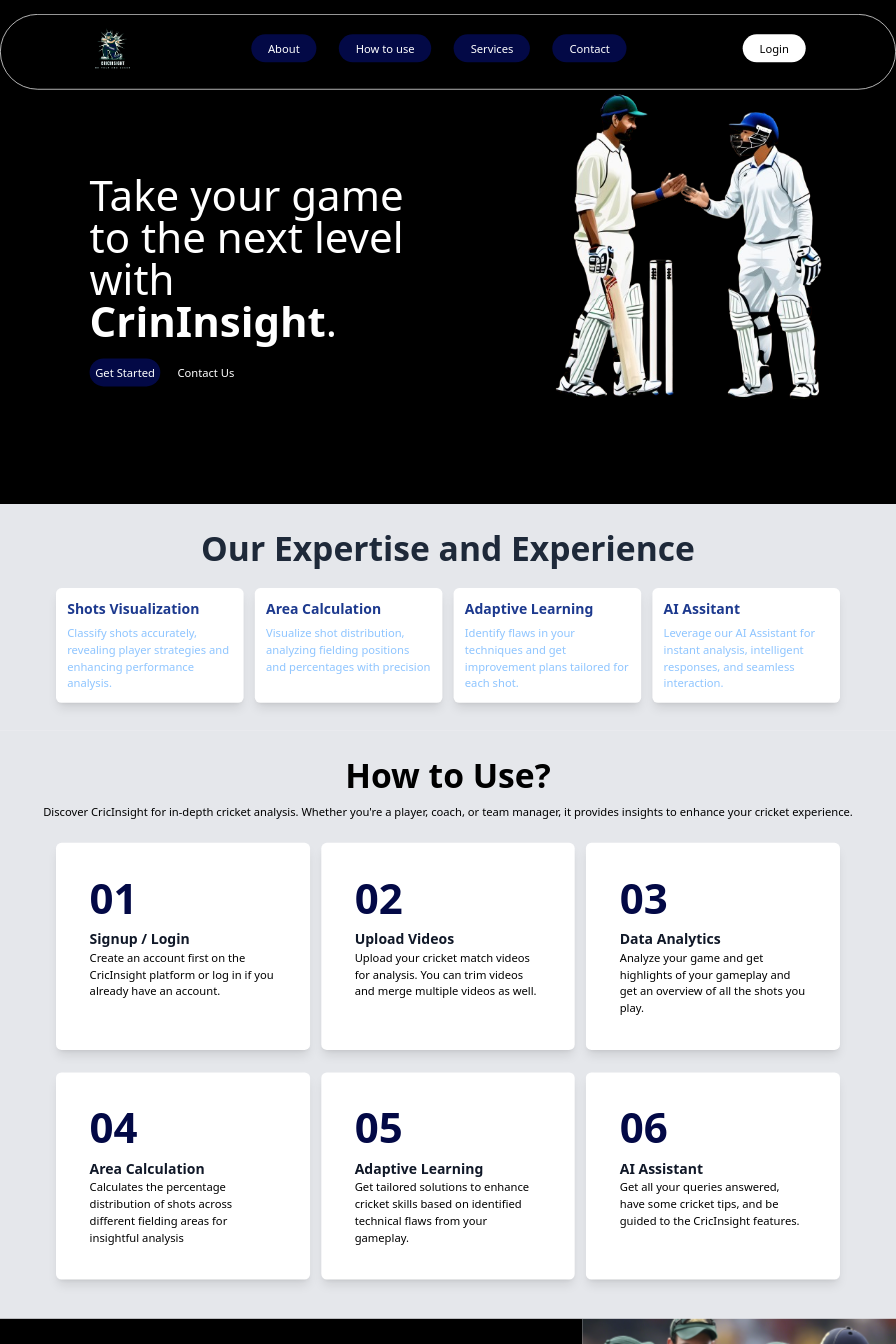
Repository: ahsanfawadaf/cricket
Page: /
The author's editor kept a copy of each file at every save. The page is drawn from the files as they stood at one save, then again after a run of saves.
The browser window is 1280 px wide. The pictures show the part of the page from y = 0 to 1920 px (the page is 4008 px tall), at 70% of full size.
The project was rebuilt for these pictures with package versions that can differ from the ones it lists, and the page was loaded fresh each time. Also part of the build but not shown: vite.config.js.

Above is the page before, as saved 2025-09-22 08:37:36.

After the next 6 saves:
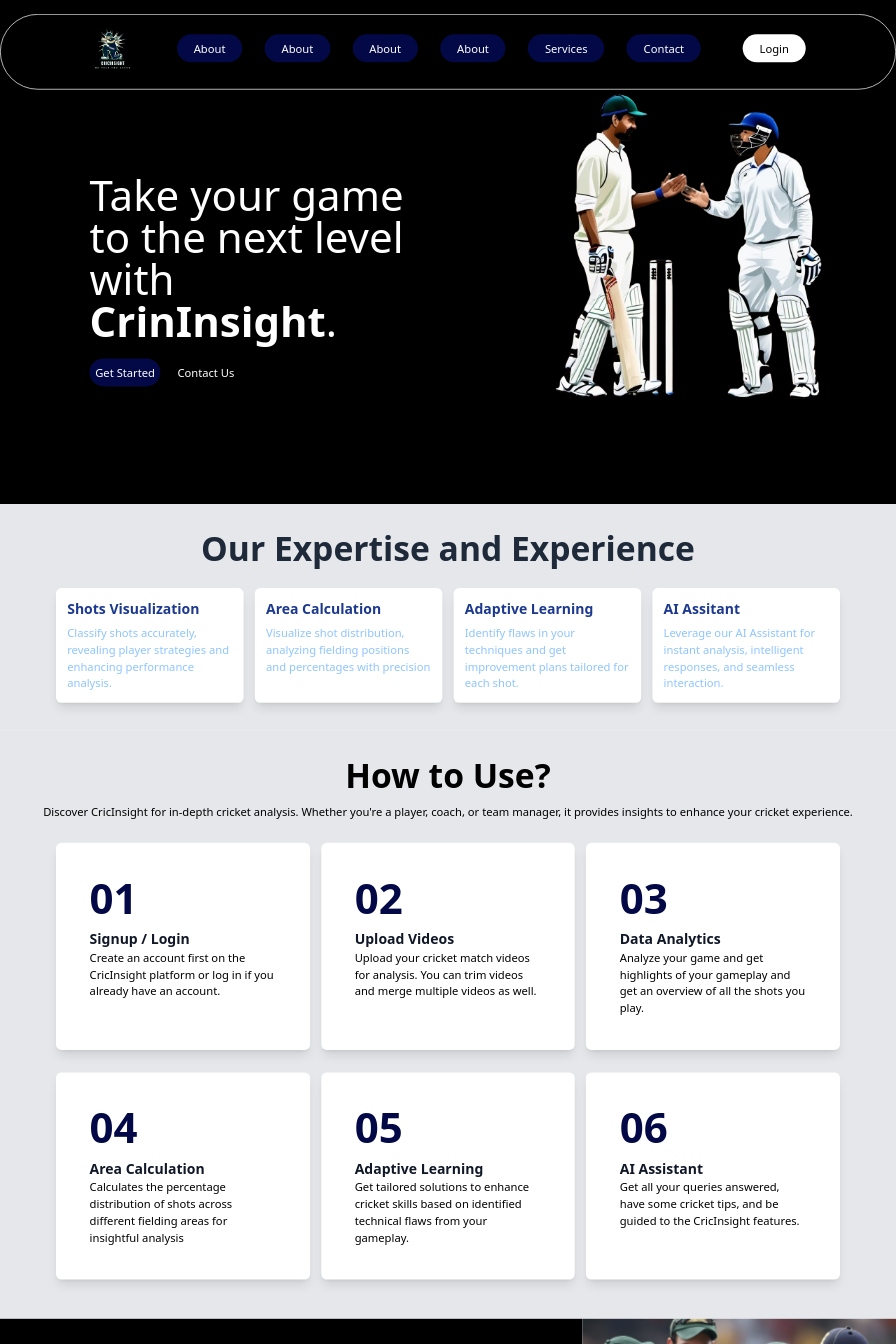
The 6 saves are shown as one change because they came seconds apart.
The last was saved 51 s later.
--- a/src/components/Navbar.jsx
+++ b/src/components/Navbar.jsx
@@ -15,7 +15,9 @@
          <ul className='hidden md:flex gap-8 text-white '>
 
               <a href="#Experience" className='rounded-full px-6 py-2 bg-[#030946] text-white'>About</a>
-             <button className='rounded-full px-6 py-2 bg-[#030946] text-white'>How to use</button>
+              <a href="/about" className='rounded-full px-6 py-2 bg-[#030946] text-white'>About</a>
+               <a href="/about" className='rounded-full px-6 py-2 bg-[#030946] text-white'>About</a>
+                <a href="/about" className='rounded-full px-6 py-2 bg-[#030946] text-white'>About</a>
              <button className='rounded-full px-6 py-2 bg-[#030946] text-white'>Services</button>
              <button className='rounded-full px-6 py-2 bg-[#030946] text-white'>Contact</button>
 
